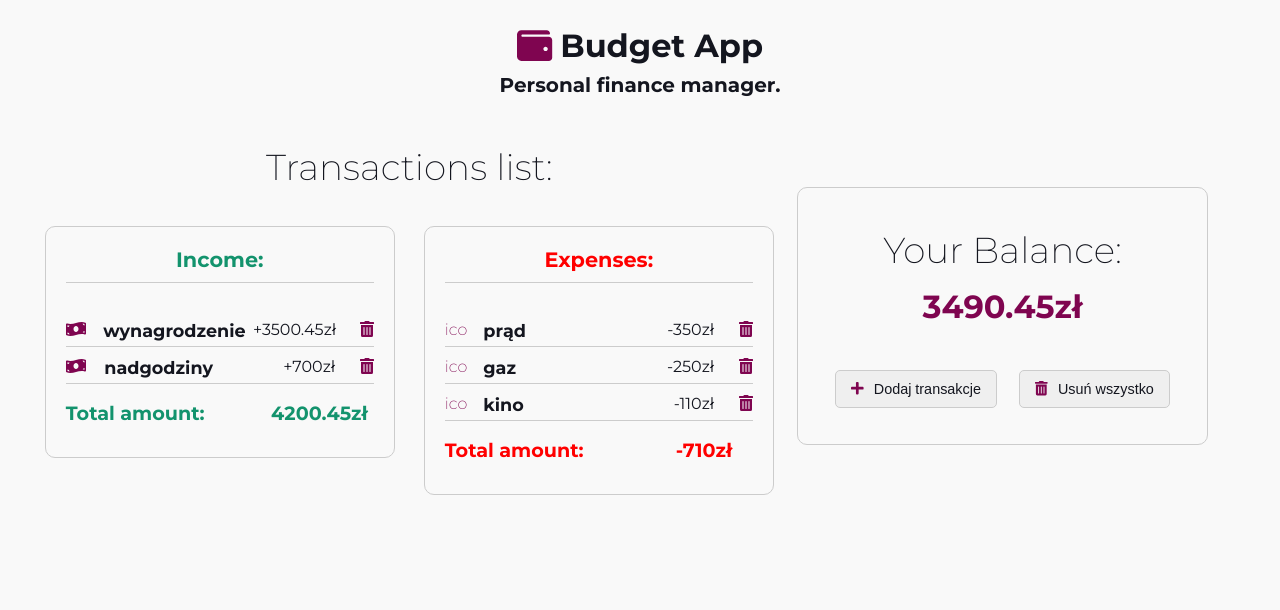
Repository: KrzysKolo/sr_tydzien4_zad4
Page: /
The author's editor kept a copy of each file at every save. The page is drawn from the files as they stood at one save, then again after a run of saves.
The browser window is 1280 px wide. The pictures show the whole page.
Some web libraries are served in a nearby version. The project was rebuilt for these pictures with package versions that can differ from the ones it lists, and the page was loaded fresh each time. Also part of the build but not shown: src/components/budgetComponents/sectionComponents/Cat.js, src/components/budgetComponents/formComponents/Header.js, src/components/budgetComponents/formComponents/ErrorMessage.js, src/components/budgetComponents/formComponents/Input.js, src/components/budgetComponents/formComponents/Select.js.

Above is the page before, as saved 2020-12-10 13:13:03.

### public/index.html
<!DOCTYPE html>
<html lang="en">
  <head>
    <meta charset="utf-8" />
    <link rel="icon" href="%PUBLIC_URL%/favicon.ico" />
    <meta name="viewport" content="width=device-width, initial-scale=1" />
    <meta name="theme-color" content="#000000" />
    <meta
      name="description"
      content="Web site created using create-react-app"
    />
    <link rel="apple-touch-icon" href="%PUBLIC_URL%/logo192.png" />
    <!--
      manifest.json provides metadata used when your web app is installed on a
      user's mobile device or desktop. See https://developers.google.com/web/fundamentals/web-app-manifest/
    -->
    <link rel="manifest" href="%PUBLIC_URL%/manifest.json" />
    <!--
      Notice the use of %PUBLIC_URL% in the tags above.
      It will be replaced with the URL of the `public` folder during the build.
      Only files inside the `public` folder can be referenced from the HTML.

      Unlike "/favicon.ico" or "favicon.ico", "%PUBLIC_URL%/favicon.ico" will
      work correctly both with client-side routing and a non-root public URL.
      Learn how to configure a non-root public URL by running `npm run build`.
    -->
    <link
      href="https://fonts.googleapis.com/css?family=Montserrat:200,400,700&display=swap&subset=latin-ext"
      rel="stylesheet"
    />
    <script
      src="https://kit.fontawesome.com/327a0d490c.js"
      crossorigin="anonymous"
    ></script>
    <title>Budget</title>
  </head>
  <body>
    <noscript>You need to enable JavaScript to run this app.</noscript>
    <div id="root"></div>
    <!--
      This HTML file is a template.
      If you open it directly in the browser, you will see an empty page.

      You can add webfonts, meta tags, or analytics to this file.
      The build step will place the bundled scripts into the <body> tag.

      To begin the development, run `npm start` or `yarn start`.
      To create a production bundle, use `npm run build` or `yarn build`.
    -->
  </body>
</html>

### src/App.js
import React from 'react';
import Budget from './components/Budget'

const App = () => {
  return (
    <>
      <Budget/>
    </>
  )
}

export default App;

### src/components/Budget.js
import React, { useContext } from 'react';
import Header from './budgetComponents/Header';
import Section from './budgetComponents/Section';
import SectionInfo from './budgetComponents/SectionInfo';
import H2 from './budgetComponents/sectionComponents/H2';
/* import ExpenseTransaction from './data/ExpenseTransaction';
import IncomeTransaction from './data/IcomeTransaction'; */
import {GlobalContextProvider, GlobalContext} from './context/GlobalState';
import styled, { createGlobalStyle } from 'styled-components';

const GlobalStyle = createGlobalStyle`
    * {
        padding: 0;
        margin: 0;
        box-sizing: border-box;
    }
    body {
        background-color: #f9f9f9;
        color: #14161f;
        font-family: "Montserrat", sans-serif;
        font-size: 16px;
        min-height: 100vh;
    }
    `;
const Container = styled.main`
    font-size: 1.5rem;
`;
const SectionContainer = styled.section`
    display: flex;
    flex-direction: row;
    justify-content: center;
    align-items: center;
`;
const SectionBudget = styled.section`
    display: flex;
    flex-direction: column;
    justify-content: center;
    align-items: center;
`;
const DivItems = styled.div`
    display: flex;
    flex-direction: row;
    justify-content: center;
    align-items: flex-start;

`;
const Budget = () => {
    const {incomeTransactions, expenseTransactions}=useContext(GlobalContext);
    const incomeAmounts = incomeTransactions.map(incomeTransaction => incomeTransaction.amount);
    const expenseAmounts = expenseTransactions.map(expenseTransaction => expenseTransaction.amount);
    const totalIncome = incomeAmounts.reduce((acc, item) => (acc+=item),0).toFixed(2);
    const totalExpense = expenseAmounts.reduce((acc, item) => (acc+=item),0).toFixed(2);
    const totalAmounte = totalIncome - totalExpense;

    return (
        <GlobalContextProvider>
            <GlobalStyle />
            <Container>
                <Header />
                <SectionContainer>
                    <SectionBudget>
                        <H2 title="Transactions list" />
                        <DivItems>
                            <Section title="Income" label="income" data={incomeTransactions} total={+totalIncome}/>
                            <Section title="Expenses" data={expenseTransactions} total={-totalExpense} />
                        </DivItems>
                    </SectionBudget>
                    <SectionInfo title="Your Balance" total={totalAmounte} />
                </SectionContainer>
            </Container>
        </GlobalContextProvider>
    )
}

export default Budget;

### src/components/budgetComponents/Header.js
import React from 'react';
import styled from 'styled-components';
import { FontAwesomeIcon } from '@fortawesome/react-fontawesome';
import { faWallet } from '@fortawesome/free-solid-svg-icons';

const SectionHeader = styled.header`
    align-items: center;
    color: rgb(127, 5, 80);
    display: flex;
    font-size: 2.2rem;
    flex-direction: column;
    justify-content: center;
    padding: 2%;
`;
const DivHeader = styled.div`
    align-items: center;
    display: flex;
    flex-direction: row;
    justify-content: center;
    margin-bottom: 0.5rem;
`;
const H1Header = styled.h1`
    color: #14161f;
    font-size: 2rem;
    margin-left: .5rem;
`;
const H2Header = styled.h2`
    color: #14161f;
    font-size: 1.25rem;
`;
const Header = () => {
    return (
        <SectionHeader>
            <DivHeader>
                <FontAwesomeIcon icon={faWallet}/>
                <H1Header>Budget App</H1Header>
            </DivHeader>
            <H2Header>Personal finance manager.</H2Header>
        </SectionHeader>
    )
}

export default Header;

### src/components/budgetComponents/Section.js
import React, { useContext } from 'react';
import { GlobalContext } from '../context/GlobalState';
import { H1, DivData }from './sectionComponents/index';

import styled from 'styled-components';

const SectionWrapper = styled.section`
    border: 1px solid #ccc;
    border-radius: 10px;
    display: flex;
    flex-direction: column;
    font-size: 1.3rem;
    justify-content: center;
    align-items: center;
    margin: 2%;
    padding: 20px;
    min-width: 350px;
    width: 50%;
`;
const Section = ({ title, label, data, total }) => {
    const {deleteTransaction} = useContext(GlobalContext);
   return (
        <SectionWrapper>
           <H1 title={title} label={label} />
           <DivData data={data} label={label} total={total} onClick={deleteTransaction} />
        </SectionWrapper>
    )
}

export default Section;

### src/components/budgetComponents/SectionInfo.js
import React, { useState } from 'react';
import { H2, P } from './sectionComponents/index';
import Form from './Form';
import Button from './../budgetComponents/buttons/Button';
import styled from 'styled-components';
import { faPlus,  faTrashAlt } from '@fortawesome/free-solid-svg-icons';
const SectionWrapper = styled.section`
    border: 1px solid #ccc;
    border-radius: 10px;
    display: flex;
    flex-direction: column;
    margin: 2vw;
    padding: 2%;
`;
const ButtonWrapper = styled.div`
    display: flex;
    flex-direction: row;
`;

const SectionInfo = ({ title, total }) => {
    const [showForm, setShowForm] = useState(false);
    const openForm = () =>{
        setShowForm(prev => !prev);
  };
    return (
        <>
        <SectionWrapper>
           <H2 title={title}> </H2>
           <P total={total} />
           <ButtonWrapper>
                <Button onClick={openForm} title="Dodaj transakcje" icons={faPlus} />
                <Button title="Usuń wszystko" icons={faTrashAlt} type="submit"/>
           </ButtonWrapper>

        </SectionWrapper>
        <Form showForm={showForm} setShowForm={setShowForm} />
        </>
    )
}

export default SectionInfo;

### src/components/budgetComponents/sectionComponents/H2.js
import React from 'react'
import styled from 'styled-components';

const TitleH2 = styled.h2`
    font-weight: 200;
    margin: 2% auto;
    padding: 0.5rem;
`;

const H2 = ({title}) => {
    return (
        <TitleH2>
            {title}:
        </TitleH2>
    )
}

export default H2;

### src/components/context/GlobalState.js
import React, {createContext, useReducer} from 'react';
import AppReducer from './AppReducer';
const initialState = {
    incomeTransactions: [
        { id: 0, category: 0, name: "wynagrodzenie", amount: 3500.45},
        { id: 1, category: 0, name: "nadgodziny", amount: 700},
    ],
    expenseTransactions: [
        { id: 0, category: 1, name: "prąd", amount: 350},
        { id: 1, category: 1, name: "gaz", amount: 250},
        { id: 3, category: 4, name: "kino", amount: 110},
    ],
};
export const GlobalContext = createContext(initialState);
export const GlobalContextProvider = ({children}) => {
    const [state, dispatch] = useReducer(AppReducer, initialState);

    const addIncome = incomeTransaction => {
        dispatch({
            type: "ADD_INCOME",
            payload: incomeTransaction,
        });
    };
    const addExpense = expenseTransaction => {
        dispatch({
            type: "ADD_EXPENSE",
            payload: expenseTransaction,
        });
    };
    const deleteTransaction = id => {
        dispatch({
            type: "DELETE_TRANSACTION",
            payload: id,
          });
    };
    return (
        <GlobalContext.Provider value={{
            incomeTransactions: state.incomeTransactions,
            expenseTransactions: state.expenseTransactions,
            addIncome,
            addExpense,
            deleteTransaction,
        }}>
            {children}
        </GlobalContext.Provider>
    )
}

### src/components/budgetComponents/sectionComponents/index.js
export { default as H1 } from './H1';
export { default as H2 } from './H2';
export { default as P } from './P';
export { default as DivData } from './DivData';

### src/components/budgetComponents/Form.js
import React, { useState, useContext } from 'react';
import { v4 as uuidv4 } from 'uuid';
import { GlobalContext } from '../context/GlobalState';
import { Header, Input, Select } from './formComponents/';
import Button from './buttons/Button';
import styled from 'styled-components';
import SelectOptions from './../data/SelectOptions';
import { faBusinessTime, faSave, faWindowClose } from '@fortawesome/free-solid-svg-icons';
import { useFormik } from 'formik';
import * as yup from 'yup';

const FormWrapper = styled.form`
    background-color: #f9f9f9;
    border: 4px double rgb(127, 5, 80);
    border-radius: 10px;
    box-shadow: 3px 3px 5px rgba(127, 5, 80, 0.5);
    color: rgb(127, 5, 80);
    position: fixed;
    display: flex;
    flex-direction: column;
    justify-content: center;
    align-items: center;
    padding: 10px;
    width: 20vw;
    min-width: 300px;
`;
const ButtonWrapper = styled.div`
    display: flex;
    flex-direction: row;
    justify-content: center;
    border-top: 1px solid rgba(127, 5, 80, 0.3);
    padding-top: 10px;
    margin-top: 1.4rem;
`;

const FormData = ({ showForm, setShowForm }) => {
    const { addTransactions} = useContext(GlobalContext);

    const initialValues  = {
        name: '',
        amount: '',
        category: -1,
    };
    const validationSchema = yup.object({
        name: yup.string().required("Required").min(3, "Musi być min 3 znaki").max(50,"Moze być max 50 znaków"),
        amount: yup.number().required("Required").min(1, "Musi być conajmniej 1 cyfra"),
        category: yup.number().required("Musi być wybrane").min(0, ).max(5),
    })
    const [transaction, setTransaction] = useState({initialValues});
    const onSubmit = (values, {resetForm}, {initialValues} ) => {
        console.log('Form data', values);
        setTransaction = ({
            id: uuidv4(),
            name: initialValues.name,
            amount: initialValues.amount*1,
            category: initialValues.category,
        });
        console.log(transaction);
        addTransactions(transaction);
        console.log("dodano do tablicy");
        resetForm();
    };

    const closeForm = () => {
        setShowForm(false);
    };

    const formik = useFormik({
        initialValues,
        validationSchema,
        onSubmit,
    });
    return (
        <>
        { showForm &&
        <FormWrapper onSubmit={formik.handleSubmit}>
            <Header icons={faBusinessTime} title={"Dodaj transakcje!"} />
            <Input type="text" label="Nazwa transakcji" name="name" placeholder="nazwa transakcji..." onChange={formik.handleChange} value={formik.values.name} onBlur={formik.handleBlur} error={formik.errors.name} message={formik.errors.name} touched={formik.touched.name} />
            <Input type="text" label="Kwota transakcji" name="amount" placeholder="kwota..." onChange={formik.handleChange} value={formik.values.amount} onBlur={formik.handleBlur} error={formik.errors.amount} message={formik.errors.amount} touched={formik.touched.amount}/>
            <Select options={SelectOptions} label="Wybierz kategorię transakcji" name="category" onChange={formik.handleChange} value={formik.values.category} onBlur={formik.handleBlur} error={formik.errors.category} message={formik.errors.category} touched={formik.touched.category}/>
            <ButtonWrapper>
                <Button type="submit" title="Zapisz" icons={faSave} />
                <Button title="Anuluj" icons={faWindowClose} type="cancel" onClick={closeForm} />
            </ButtonWrapper>
        </FormWrapper>
        }
        </>
    )
}

export default FormData;

### src/components/budgetComponents/buttons/Button.js
import React from 'react';
import styled from 'styled-components';
import { FontAwesomeIcon } from '@fortawesome/react-fontawesome';

const ButtonDiv = styled.button`
    border: 1px solid #ccc;
    border-radius: 5px;
    margin: 0.7rem;
    padding: 10px 15px;
    display: flex;
    flex-direction: row;
    align-items: center;
    color: rgb(127, 5, 80);
    font-size: 0.9rem;
    cursor: pointer;
    transition: 0.3s ease-in-out;
    &:hover {
        border: 1px solid rgba(127, 5, 80, 0.4);
        background-color:  #f9f9f9;
        color: rgba(127, 5, 80, 0.5);
    }
`;
const ButtonTitleDiv = styled.div`
    margin-left: 10px;
    color: #14161f;
`;
const Button = ({ title, icons, onClick }) => {
    return (
        <ButtonDiv onClick={onClick}>
            <FontAwesomeIcon icon={icons} />
            <ButtonTitleDiv>{title}</ButtonTitleDiv>
        </ButtonDiv>
    )
}

export default Button;

### src/components/context/AppReducer.js
export default (state, action) => {
    switch (action.type) {
        case 'ADD_INCOME':
            return {
                ...state,
                incomeTransactions: [action.payload, ...state.incomeTransactions],
            }
        case 'ADD_EXPENSE':
            return {
                ...state,
                expenseTransactions: [action.payload, ...state.expenseTransactions],
            }
        case 'DELETE_TRANSACTION':
            return {
                ...state,
                incomeTransactions: state.incomeTransactions.filter(
                    incomeTransaction => incomeTransaction.id !== action.payload
                  ),
                  expenseTransactions: state.expenseTransactions.filter(
                    expenseTransaction => expenseTransaction.id !== action.payload
                  ),
            }
        default:
            return state
        }
      };

### src/components/budgetComponents/sectionComponents/H1.js
import React from 'react'
import styled from 'styled-components';

const TitleH1Styles = (label) => `
border-bottom: 1px solid #ccc;
color: ${label ? 'rgb(19, 147, 109)' : 'red'};
margin-bottom: 2rem;
padding-bottom: 10px;
display: block;
width: 100%;
text-align: center;
`;
const TitleH1 = styled.h1`
      ${props => TitleH1Styles(props.label)}
`;
const H1 = (props) => {
    const { title, label } = props;
    return (
        <TitleH1 label={label}>
            {title}:
        </TitleH1>
    )
}

export default H1;

### src/components/budgetComponents/sectionComponents/P.js
import React from 'react';
import styled from 'styled-components';

const InfoP = styled.p`
    color: rgb(127, 5, 80);
    font-size: 2rem;
    font-weight: bold;
    width: 100%auto;
    text-align: center;
    padding-bottom: 2rem;
`;

const P = ({total}) => {
    return (
        <InfoP>
            {total}zł
        </InfoP>
    )
}

export default P;

### src/components/budgetComponents/sectionComponents/DivData.js
import React, { useContext } from 'react';
import { GlobalContext } from '../../context/GlobalState';
import Cat from './Cat';
import { FontAwesomeIcon } from '@fortawesome/react-fontawesome';
import { faTrashAlt} from '@fortawesome/free-solid-svg-icons';
import { faMoneyBillWave, faCartArrowDown, faHamburger, faFilm, faSwimmer } from '@fortawesome/free-solid-svg-icons';

import styled from 'styled-components';

const Container = styled.div`
    width: 100%;
    display: flex;
    flex-direction: column;
    justify-content: flex-start;
    align-items: flex-start;
    align-content: flex-start;
`;
const DivWrapper = styled.div`
    display: grid;
    grid-template-columns: 0.5fr 2fr 1fr 0.5fr;
    width: 100%;
    margin: 5px 0;
    border-bottom: 1px solid #ccc;
    padding-bottom: 5px;
`;
const NameH3 = styled.h3`
    font-size: 1.1rem;
    font-weight: 600;
    text-align: left;
`;
const AmountSpan = styled.span`
    font-size: 1rem;
    text-align: right;
`;
const FontAwsomeP = styled.p`
    font-size: 1rem;
    font-weight: 300;
    text-align: right;
    color: rgb(127, 5, 80);
    cursor: pointer;
    transition: 0.3s ease-in-out;
    &:hover{
        transform: scale(0.9);
        color: rgba(127, 5, 80, 0.8);
    }
`;
const TotalAmountDivStyles = (label) => `
    color: ${label ? 'rgb(19, 147, 109)' : 'red'};
    font-size: 1.2rem;
    font-weight: 800;
    margin: 4% auto;
    width: 100%;
`;
const TotalAmountDiv = styled.div`
    display: grid;
    grid-template-columns: 2fr 1fr;
    ${props => TotalAmountDivStyles(props.label)}
`;
const AmountP = styled.p`
    text-align: right;
    margin-right: 20%;
`;
const IcoP = styled.p`
    font-size: 1rem;
    font-weight: 300;
    text-align: left;
    color: rgb(127, 5, 80);
`;


const DivData = ({data, label, total, onClick}) => {
    const {deleteTransaction} = useContext(GlobalContext);
    return (
        <Container>
            {data.map(item => (

                <DivWrapper key={item.id}>
                    <IcoP>{item.category > 0 ? 'ico' : <FontAwesomeIcon icon={faMoneyBillWave} />}</IcoP>
                    <NameH3>{item.name}</NameH3>
                    <AmountSpan>{item.category > 0 ? '-' : '+'}{item.amount}zł</AmountSpan>
                    <FontAwsomeP onClick={() => deleteTransaction(data.id)}><FontAwesomeIcon icon={faTrashAlt}/></FontAwsomeP>
                </DivWrapper>)) }
                <TotalAmountDiv label={label}><p>Total amount:</p>  <AmountP>{total}zł</AmountP></TotalAmountDiv>
        </Container>
    )
}

export default DivData;

### src/components/budgetComponents/formComponents/index.js
export { default as Header } from './Header';
export { default as Input } from './Input';
export { default as ErrorMessage } from './ErrorMessage';
export { default as Select } from './Select';

### src/components/data/SelectOptions.js
const SelectOptions=[
    { id: -1, value: "-1", label:"", title: 'Select...' },
    { id: 0, value: "0", label:"[+]", title: 'Przychód' },
    { id: 1, value: "1", label:"[-]", title: 'Rachunki' },
    { id: 2, value: "2", label:"[-]", title: 'Sport' },
    { id: 3, value: "3", label:"[-]", title: 'Wyżywienie' },
    { id: 4, value: "4", label:"[-]", title: 'Kultura' },
    { id: 5, value: "5", label:"[-]", title: 'Wypoczynek' },
];
export default SelectOptions;

Loaded but not shown: src/index.js (common file); src/index.css (common file)

After the next 4 saves:
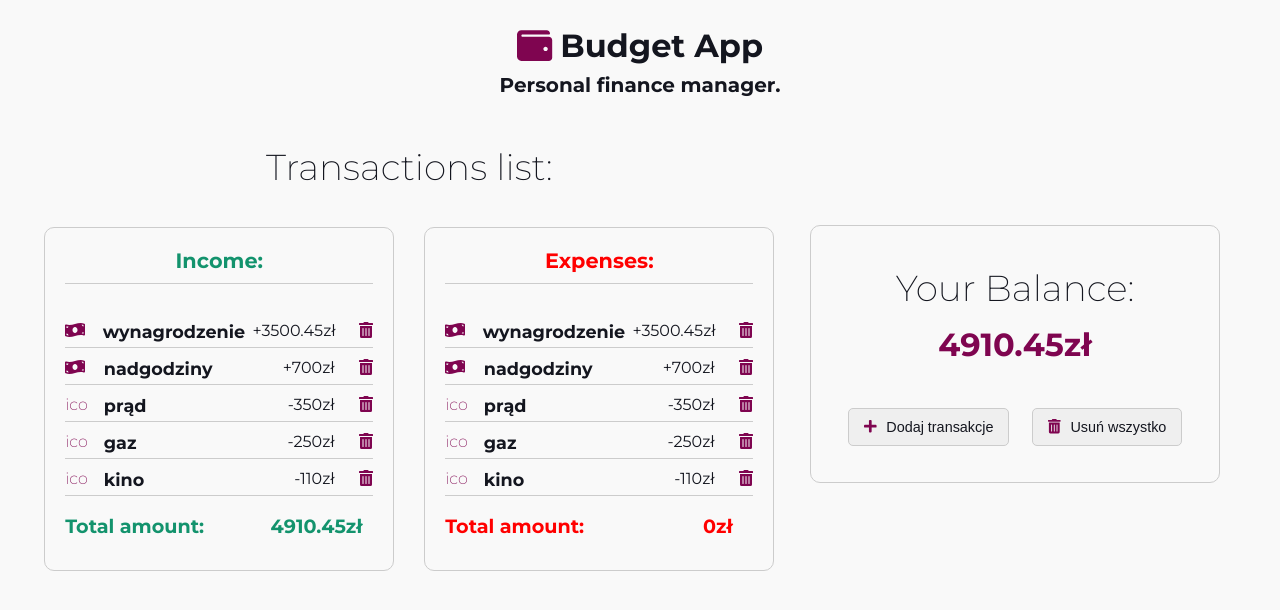
The 4 saves are shown as one change because 3 did not build or start.
The last was saved 8 min 41 s later.
--- a/src/components/Budget.js
+++ b/src/components/Budget.js
@@ -45,12 +45,15 @@ const DivItems = styled.div`
 
 `;
 const Budget = () => {
-    const {incomeTransactions, expenseTransactions}=useContext(GlobalContext);
-    const incomeAmounts = incomeTransactions.map(incomeTransaction => incomeTransaction.amount);
-    const expenseAmounts = expenseTransactions.map(expenseTransaction => expenseTransaction.amount);
-    const totalIncome = incomeAmounts.reduce((acc, item) => (acc+=item),0).toFixed(2);
-    const totalExpense = expenseAmounts.reduce((acc, item) => (acc+=item),0).toFixed(2);
-    const totalAmounte = totalIncome - totalExpense;
+    const {transactions}=useContext(GlobalContext);
+    const amounts = transactions.map(transaction => transaction.amount);
+    const income = amounts
+        .filter(item => item>0)
+        .reduce((acc, item) => (acc+=item),0).toFixed(2);
+    const expense = (amounts
+        .filter(item => item<0)
+        .reduce((acc, item) => (acc+=item),0)*-1).toFixed(2);
+    const totalAmounte = income - expense;
 
     return (
         <GlobalContextProvider>
@@ -61,8 +64,8 @@ const Budget = () => {
                     <SectionBudget>
                         <H2 title="Transactions list" />
                         <DivItems>
-                            <Section title="Income" label="income" data={incomeTransactions} total={+totalIncome}/>
-                            <Section title="Expenses" data={expenseTransactions} total={-totalExpense} />
+                            <Section title="Income" label="income" data={transactions} total={+income}/>
+                            <Section title="Expenses" data={transactions} total={-expense} />
                         </DivItems>
                     </SectionBudget>
                     <SectionInfo title="Your Balance" total={totalAmounte} />
--- a/src/components/budgetComponents/Section.js
+++ b/src/components/budgetComponents/Section.js
@@ -18,11 +18,11 @@ const SectionWrapper = styled.section`
     width: 50%;
 `;
 const Section = ({ title, label, data, total }) => {
-    const {deleteTransaction} = useContext(GlobalContext);
+
    return (
         <SectionWrapper>
            <H1 title={title} label={label} />
-           <DivData data={data} label={label} total={total} onClick={deleteTransaction} />
+           <DivData data={data} label={label} total={total}  />
         </SectionWrapper>
     )
 }
--- a/src/components/context/GlobalState.js
+++ b/src/components/context/GlobalState.js
@@ -1,33 +1,19 @@
 import React, {createContext, useReducer} from 'react';
 import AppReducer from './AppReducer';
 const initialState = {
-    incomeTransactions: [
+    transactions: [
         { id: 0, category: 0, name: "wynagrodzenie", amount: 3500.45},
         { id: 1, category: 0, name: "nadgodziny", amount: 700},
-    ],
-    expenseTransactions: [
-        { id: 0, category: 1, name: "prąd", amount: 350},
-        { id: 1, category: 1, name: "gaz", amount: 250},
-        { id: 3, category: 4, name: "kino", amount: 110},
+        { id: 2, category: 1, name: "prąd", amount: 350},
+        { id: 3, category: 1, name: "gaz", amount: 250},
+        { id: 4, category: 4, name: "kino", amount: 110},
     ],
 };
 export const GlobalContext = createContext(initialState);
 export const GlobalContextProvider = ({children}) => {
     const [state, dispatch] = useReducer(AppReducer, initialState);
 
-    const addIncome = incomeTransaction => {
-        dispatch({
-            type: "ADD_INCOME",
-            payload: incomeTransaction,
-        });
-    };
-    const addExpense = expenseTransaction => {
-        dispatch({
-            type: "ADD_EXPENSE",
-            payload: expenseTransaction,
-        });
-    };
-    const deleteTransaction = id => {
+   const deleteTransaction = id => {
         dispatch({
             type: "DELETE_TRANSACTION",
             payload: id,
@@ -37,8 +23,6 @@ export const GlobalContextProvider = ({children}) => {
         <GlobalContext.Provider value={{
             incomeTransactions: state.incomeTransactions,
             expenseTransactions: state.expenseTransactions,
-            addIncome,
-            addExpense,
             deleteTransaction,
         }}>
             {children}
